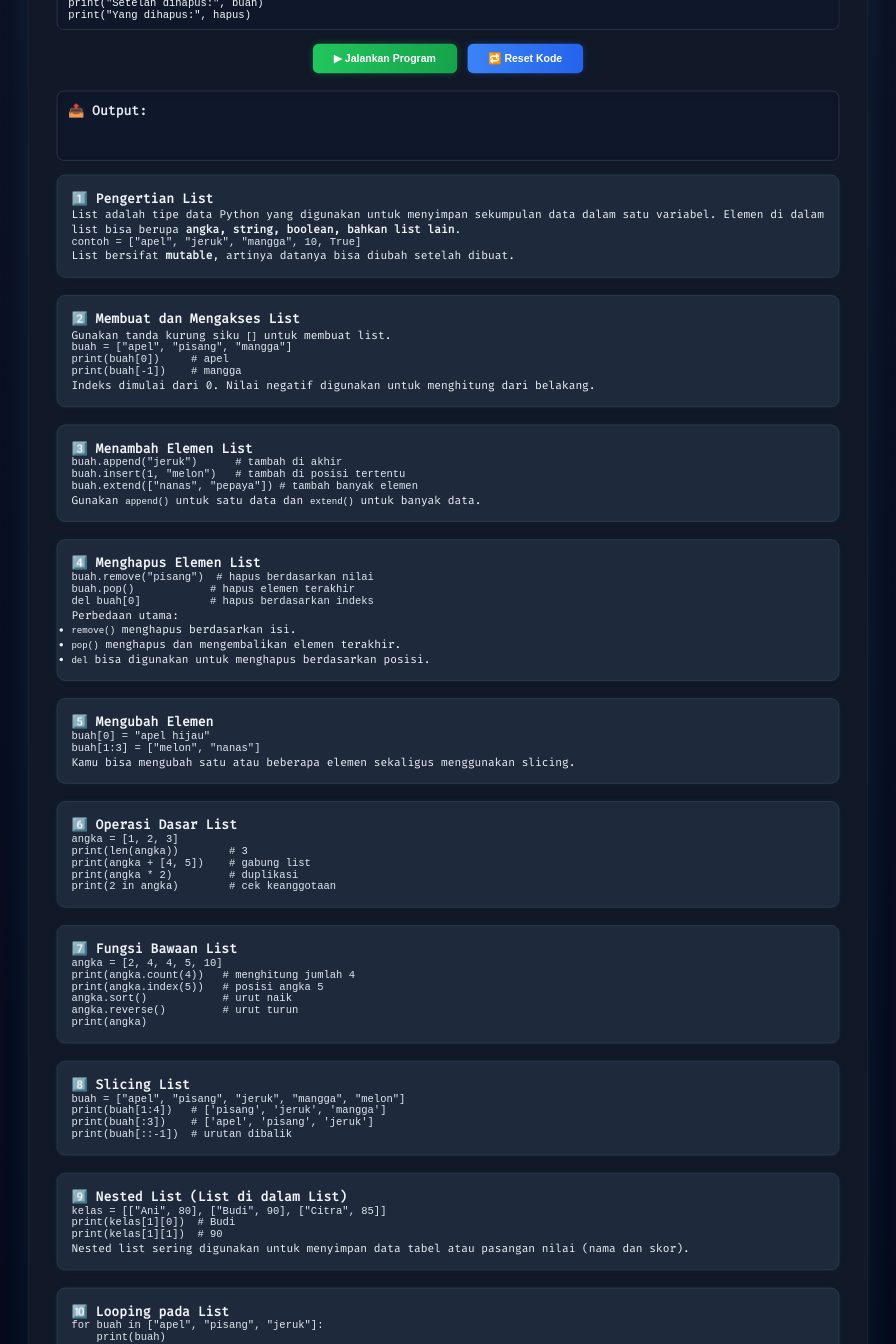
Repository: smkmutipugademak/Array
Page: index.html
An editor plug-in stored every save of this project. The page is shown before and after the next save, followed by the edit.
The browser window is 1280 px wide. The pictures show the part of the page from y = 801 to 2721 px (the page is 3620 px tall before and 4198 px after), at 70% of full size.
An inner scrolling area shows only its first screen.

Above is the page before, as saved 2025-11-11 05:20:18.

### index.html
<!DOCTYPE html>
<html lang="id">

<head>
    <meta charset="UTF-8" />
    <meta name="viewport" content="width=device-width, initial-scale=1.0" />
    <title>🐍 Python Interactive Compiler - Belajar List</title>
    <link rel="stylesheet" href="style.css" />
    <link href="https://fonts.googleapis.com/css2?family=Fira+Code&display=swap" rel="stylesheet">
</head>

<body>
    <div class="container">
        <h1>🐍 Python Interactive Compiler</h1>
        <h2>📚 Modul: List (Array) Lengkap</h2>

        <div class="tabs">
            <button class="tab-button active" data-tab="praktikum">🧩 Praktikum</button>
        </div>

        <!-- ===================== TAB PRAKTIKUM ===================== -->
        <div id="praktikum" class="tab-content active">
            <div class="instructions">
                <h3>📗 Panduan Praktikum</h3>
                <ul>
                    <li>Edit bagian tertentu sesuai instruksi di komentar <code>#</code>.</li>
                    <li>Klik <b>▶ Jalankan</b> untuk menjalankan kode.</li>
                    <li>Klik <b>🔁 Reset</b> untuk mengembalikan kode ke versi awal.</li>
                    <li>Kode otomatis tersimpan, tidak akan hilang saat reload!</li>
                </ul>
            </div>

            <div class="editor-section">
                <label>💻 Kode Python:</label>
                <textarea id="editor" spellcheck="false"></textarea>

                <div class="btn-group">
                    <button id="runBtn">▶ Jalankan Program</button>
                    <button id="resetBtn">🔁 Reset Kode</button>
                </div>
            </div>

            <div class="output-container">
                <h3>📤 Output:</h3>
                <pre id="output"></pre>
            </div>
        </div>

        <!-- ===================== TAB TEORI LENGKAP ===================== -->
        <div id="teori" class="tab-content">
            <div class="theory-section">
                <div class="card">
                    <h3>1️⃣ Pengertian List</h3>
                    <p>List adalah tipe data Python yang digunakan untuk menyimpan sekumpulan data dalam satu variabel.
                        Elemen di dalam list bisa berupa <b>angka, string, boolean, bahkan list lain</b>.</p>
                    <pre><code>contoh = ["apel", "jeruk", "mangga", 10, True]</code></pre>
                    <p>List bersifat <b>mutable</b>, artinya datanya bisa diubah setelah dibuat.</p>
                </div>

                <div class="card">
                    <h3>2️⃣ Membuat dan Mengakses List</h3>
                    <p>Gunakan tanda kurung siku <code>[]</code> untuk membuat list.</p>
                    <pre><code>buah = ["apel", "pisang", "mangga"]
print(buah[0])     # apel
print(buah[-1])    # mangga</code></pre>
                    <p>Indeks dimulai dari 0. Nilai negatif digunakan untuk menghitung dari belakang.</p>
                </div>

                <div class="card">
                    <h3>3️⃣ Menambah Elemen List</h3>
                    <pre><code>buah.append("jeruk")      # tambah di akhir
buah.insert(1, "melon")   # tambah di posisi tertentu
buah.extend(["nanas", "pepaya"]) # tambah banyak elemen</code></pre>
                    <p>Gunakan <code>append()</code> untuk satu data dan <code>extend()</code> untuk banyak data.</p>
                </div>

                <div class="card">
                    <h3>4️⃣ Menghapus Elemen List</h3>
                    <pre><code>buah.remove("pisang")  # hapus berdasarkan nilai
buah.pop()            # hapus elemen terakhir
del buah[0]           # hapus berdasarkan indeks</code></pre>
                    <p>Perbedaan utama:
                    <ul>
                        <li><code>remove()</code> menghapus berdasarkan isi.</li>
                        <li><code>pop()</code> menghapus dan mengembalikan elemen terakhir.</li>
                        <li><code>del</code> bisa digunakan untuk menghapus berdasarkan posisi.</li>
                    </ul>
                    </p>
                </div>

                <div class="card">
                    <h3>5️⃣ Mengubah Elemen</h3>
                    <pre><code>buah[0] = "apel hijau"
buah[1:3] = ["melon", "nanas"]</code></pre>
                    <p>Kamu bisa mengubah satu atau beberapa elemen sekaligus menggunakan slicing.</p>
                </div>

                <div class="card">
                    <h3>6️⃣ Operasi Dasar List</h3>
                    <pre><code>angka = [1, 2, 3]
print(len(angka))        # 3
print(angka + [4, 5])    # gabung list
print(angka * 2)         # duplikasi
print(2 in angka)        # cek keanggotaan</code></pre>
                </div>

                <div class="card">
                    <h3>7️⃣ Fungsi Bawaan List</h3>
                    <pre><code>angka = [2, 4, 4, 5, 10]
print(angka.count(4))   # menghitung jumlah 4
print(angka.index(5))   # posisi angka 5
angka.sort()            # urut naik
angka.reverse()         # urut turun
print(angka)</code></pre>
                </div>

                <div class="card">
                    <h3>8️⃣ Slicing List</h3>
                    <pre><code>buah = ["apel", "pisang", "jeruk", "mangga", "melon"]
print(buah[1:4])   # ['pisang', 'jeruk', 'mangga']
print(buah[:3])    # ['apel', 'pisang', 'jeruk']
print(buah[::-1])  # urutan dibalik</code></pre>
                </div>

                <div class="card">
                    <h3>9️⃣ Nested List (List di dalam List)</h3>
                    <pre><code>kelas = [["Ani", 80], ["Budi", 90], ["Citra", 85]]
print(kelas[1][0])  # Budi
print(kelas[1][1])  # 90</code></pre>
                    <p>Nested list sering digunakan untuk menyimpan data tabel atau pasangan nilai (nama dan skor).</p>
                </div>

                <div class="card">
                    <h3>🔟 Looping pada List</h3>
                    <pre><code>for buah in ["apel", "pisang", "jeruk"]:
    print(buah)</code></pre>
                    <p>Bisa juga menggunakan <code>enumerate()</code> untuk mendapatkan indeks dan nilai:</p>
                    <pre><code>buah = ["apel", "jeruk", "pisang"]
for i, item in enumerate(buah):
    print(i, item)</code></pre>
                </div>

                <div class="card">
                    <h3>1️⃣1️⃣ List Comprehension</h3>
                    <p>Cara singkat membuat list dari iterasi.</p>
                    <pre><code>angka = [x for x in range(5)]
kuadrat = [x**2 for x in range(1,6)]
print(angka)
print(kuadrat)</code></pre>
                </div>

                <div class="card">
                    <h3>1️⃣2️⃣ Fungsi Copy, Clear, dan Lainnya</h3>
                    <pre><code>data = [1, 2, 3]
salinan = data.copy()
salinan.append(4)
print("Asli:", data)
print("Salinan:", salinan)

data.clear()
print("Setelah clear:", data)</code></pre>
                </div>

                <div class="card">
                    <h3>📖 Rangkuman</h3>
                    <ul>
                        <li>List menyimpan banyak data dalam satu variabel.</li>
                        <li>List bersifat <b>mutable</b> (bisa diubah).</li>
                        <li>Dapat ditambah, dihapus, digabung, dan diulang.</li>
                        <li>Mendukung operasi matematika dan logika sederhana.</li>
                        <li>Sangat penting untuk memahami manipulasi data di Python.</li>
                    </ul>
                </div>

                <div class="card" style="text-align:center; color:#22c55e;">
                    <h3>🎉 Selesai! Kamu sudah memahami semua konsep List Python 🎉</h3>
                </div>
            </div>
        </div>
    </div>

    <!-- Skulpt -->
    <script src="https://cdn.jsdelivr.net/npm/skulpt@1.2.0/dist/skulpt.min.js"></script>
    <script src="https://cdn.jsdelivr.net/npm/skulpt@1.2.0/dist/skulpt-stdlib.js"></script>
    <script src="script.js"></script>
</body>

</html>

### style.css
/* =======================================
   🌌 MODERN RESPONSIVE PYTHON COMPILER UI
   By Nanda Edition
======================================= */

/* RESET & BASE */
* {
    box-sizing: border-box;
    margin: 0;
    padding: 0;
}

body {
    background: radial-gradient(circle at top, #0f172a, #020617);
    color: #e2e8f0;
    font-family: "Fira Code", monospace;
    display: flex;
    justify-content: center;
    align-items: flex-start;
    min-height: 100vh;
    padding: 30px 10px;
}

/* CONTAINER */
.container {
    background: #111827;
    border: 1px solid #1e293b;
    border-radius: 20px;
    width: 100%;
    max-width: 1200px;
    padding: 30px 40px;
    box-shadow: 0 0 40px rgba(56, 189, 248, 0.1);
    animation: fadeIn 0.6s ease;
}

/* TITLE */
h1 {
    text-align: center;
    color: #38bdf8;
    font-size: 1.9rem;
    font-weight: 600;
    margin-bottom: 10px;
}

h2 {
    text-align: center;
    color: #94a3b8;
    font-size: 1rem;
    margin-bottom: 20px;
}

/* TABS */
.tabs {
    display: flex;
    justify-content: center;
    flex-wrap: wrap;
    gap: 10px;
    margin-bottom: 25px;
}

.tab-button {
    padding: 10px 22px;
    background: #1e293b;
    border: 1px solid #334155;
    border-radius: 10px;
    color: #cbd5e1;
    cursor: pointer;
    transition: all 0.3s ease;
    font-weight: 500;
}

.tab-button:hover {
    background: #2563eb;
    color: #fff;
    transform: translateY(-2px);
}

.tab-button.active {
    background: linear-gradient(90deg, #22c55e, #16a34a);
    color: #fff;
    box-shadow: 0 0 10px rgba(34, 197, 94, 0.4);
}

/* THEORY SECTION */
.theory-section {
    display: flex;
    flex-direction: column;
    gap: 25px;
    margin-top: 20px;
}

.card {
    background: #1e293b;
    border: 1px solid #334155;
    border-radius: 12px;
    padding: 20px;
    color: #f1f5f9;
    transition: all 0.3s ease;
    box-shadow: 0 0 10px rgba(0, 255, 150, 0.05);
}

.card:hover {
    transform: translateY(-5px);
    border-color: #22c55e;
    box-shadow: 0 0 15px rgba(34, 197, 94, 0.15);
}

/* EDITOR SECTION */
.editor-section {
    display: flex;
    flex-direction: column;
    gap: 20px;
}

textarea {
    width: 100%;
    height: 480px;
    background: #0f172a;
    color: #f8fafc;
    border: 1px solid #334155;
    border-radius: 10px;
    padding: 15px;
    font-size: 15px;
    resize: none;
    outline: none;
    transition: all 0.3s ease;
}

textarea:focus {
    border-color: #38bdf8;
    box-shadow: 0 0 10px rgba(56, 189, 248, 0.2);
}

/* BUTTON GROUP */
.btn-group {
    display: flex;
    justify-content: center;
    flex-wrap: wrap;
    gap: 15px;
}

#runBtn,
#resetBtn {
    padding: 12px 30px;
    border: none;
    border-radius: 8px;
    color: #fff;
    cursor: pointer;
    font-size: 15px;
    font-weight: 600;
    transition: all 0.3s ease;
}

#runBtn {
    background: linear-gradient(90deg, #22c55e, #16a34a);
    box-shadow: 0 0 10px rgba(34, 197, 94, 0.3);
}

#runBtn:hover {
    background: linear-gradient(90deg, #16a34a, #15803d);
    transform: translateY(-2px);
}

#resetBtn {
    background: linear-gradient(90deg, #3b82f6, #2563eb);
    box-shadow: 0 0 10px rgba(37, 99, 235, 0.3);
}

#resetBtn:hover {
    background: linear-gradient(90deg, #2563eb, #1d4ed8);
    transform: translateY(-2px);
}

/* OUTPUT CONTAINER */
.output-container {
    background: #0f172a;
    border: 1px solid #334155;
    border-radius: 10px;
    padding: 15px;
    margin-top: 25px;
    overflow-x: auto;
    min-height: 100px;
    box-shadow: inset 0 0 10px rgba(0, 0, 0, 0.2);
}

pre {
    color: #e2e8f0;
    font-size: 15px;
    white-space: pre-wrap;
}

/* ANIMASI */
@keyframes fadeIn {
    from {
        opacity: 0;
        transform: translateY(20px);
    }

    to {
        opacity: 1;
        transform: translateY(0);
    }
}

/* RESPONSIVE ADJUSTMENTS */

/* 💻 Laptop kecil */
@media (max-width: 1024px) {
    .container {
        padding: 20px;
    }

    textarea {
        height: 400px;
        font-size: 14px;
    }
}

/* 📱 Tablet */
@media (max-width: 768px) {
    h1 {
        font-size: 1.6rem;
    }

    .theory-section {
        grid-template-columns: 1fr;
    }

    textarea {
        height: 350px;
    }
}

/* 📱 Smartphone besar */
@media (max-width: 480px) {
    .container {
        padding: 15px;
        border-radius: 14px;
    }

    .tab-button {
        padding: 8px 16px;
        font-size: 13px;
    }

    #runBtn,
    #resetBtn {
        padding: 10px 20px;
        font-size: 13px;
    }

    textarea {
        height: 300px;
        font-size: 13px;
    }
}

### script.js
// ============================================================
// 🧠 PYTHON COMPILER WITH AUTOSAVE
// ============================================================
const defaultCode = `# ============================================================
# 📘 PRAKTIKUM PYTHON LIST LENGKAP
# ============================================================

buah = ["apel", "jeruk", "pisang", "mangga"]
print("List buah awal:", buah)

# 🔹 Akses elemen
print("Buah pertama:", buah[0])
print("Buah terakhir:", buah[-1])

# 🔹 Ubah elemen
buah[0] = "apel hijau"
print("Setelah diubah:", buah)

# 🔹 Tambah data
buah.append("melon")
buah.insert(2, "anggur")
buah.extend(["nanas", "pepaya"])
print("Setelah ditambah:", buah)

# 🔹 Hapus data
buah.remove("jeruk")
hapus = buah.pop()
print("Setelah dihapus:", buah)
print("Yang dihapus:", hapus)

# 🔹 Fungsi dasar list
angka = [2, 4, 5, 5, 10, 4]
print("List angka:", angka)
print("Jumlah elemen:", len(angka))
print("Banyak angka 5:", angka.count(5))
print("Indeks angka 4:", angka.index(4))

# 🔹 Operasi list
print("Penjumlahan list:", angka + [20, 30])
print("Duplikasi list:", angka * 2)
print("Apakah 4 ada di list?", 4 in angka)

# 🔹 Slicing
print("Elemen ke-2 s.d 4:", angka[1:4])
print("Membalik urutan:", angka[::-1])

# 🔹 Nested list
kelas = [["Ani", 80], ["Budi", 90], ["Citra", 85]]
print("Nilai Budi:", kelas[1][1])

# 🔹 Looping
print("Daftar nilai siswa:")
for nama, nilai in kelas:
    print("-", nama, "=", nilai)

# 🔹 List comprehension
kuadrat = [x**2 for x in range(1, 6)]
print("Kuadrat 1–5:", kuadrat)

# 🔹 Sort & Reverse
angka2 = [9, 3, 6, 1, 7]
angka2.sort()
print("Urut naik:", angka2)
angka2.reverse()
print("Urut turun:", angka2)

# 🔹 Copy dan Clear
salinan = angka2.copy()
salinan.append(100)
print("Asli:", angka2)
print("Salinan:", salinan)
salinan.clear()
print("Setelah clear:", salinan)

print("\\n✅ Semua fungsi List Python telah dipelajari!")`;

// ===========================
//  Inisialisasi Editor
// ===========================
const editor = document.getElementById("editor");
const output = document.getElementById("output");
const savedCode = localStorage.getItem("pythonCode");

editor.value = savedCode || defaultCode;

// ===========================
//  Jalankan Program
// ===========================
function outf(text) {
    output.innerHTML += text + "\n";
}

function builtinRead(x) {
    if (Sk.builtinFiles === undefined || Sk.builtinFiles["files"][x] === undefined)
        throw "File not found: '" + x + "'";
    return Sk.builtinFiles["files"][x];
}

document.getElementById("runBtn").addEventListener("click", () => {
    output.innerHTML = "";
    Sk.configure({ output: outf, read: builtinRead });
    Sk.misceval.asyncToPromise(() => Sk.importMainWithBody("<stdin>", false, editor.value, true))
        .then(() => outf("\n✅ Program selesai tanpa error."))
        .catch(err => outf("\n❌ Error: " + err.toString()));
});

// ===========================
//  Reset ke Default
// ===========================
document.getElementById("resetBtn").addEventListener("click", () => {
    if (confirm("Yakin ingin mengembalikan kode ke versi awal?")) {
        editor.value = defaultCode;
        output.innerHTML = "";
        localStorage.removeItem("pythonCode");
    }
});

// ===========================
//  Autosave Tiap 2 Detik
// ===========================
setInterval(() => {
    localStorage.setItem("pythonCode", editor.value);
}, 2000);

// ===========================
//  Tab Navigasi
// ===========================
document.querySelectorAll(".tab-button").forEach(btn => {
    btn.addEventListener("click", () => {
        document.querySelectorAll(".tab-button").forEach(b => b.classList.remove("active"));
        document.querySelectorAll(".tab-content").forEach(c => c.classList.remove("active"));
        btn.classList.add("active");
        document.getElementById(btn.dataset.tab).classList.add("active");
    });
});

After the next save:
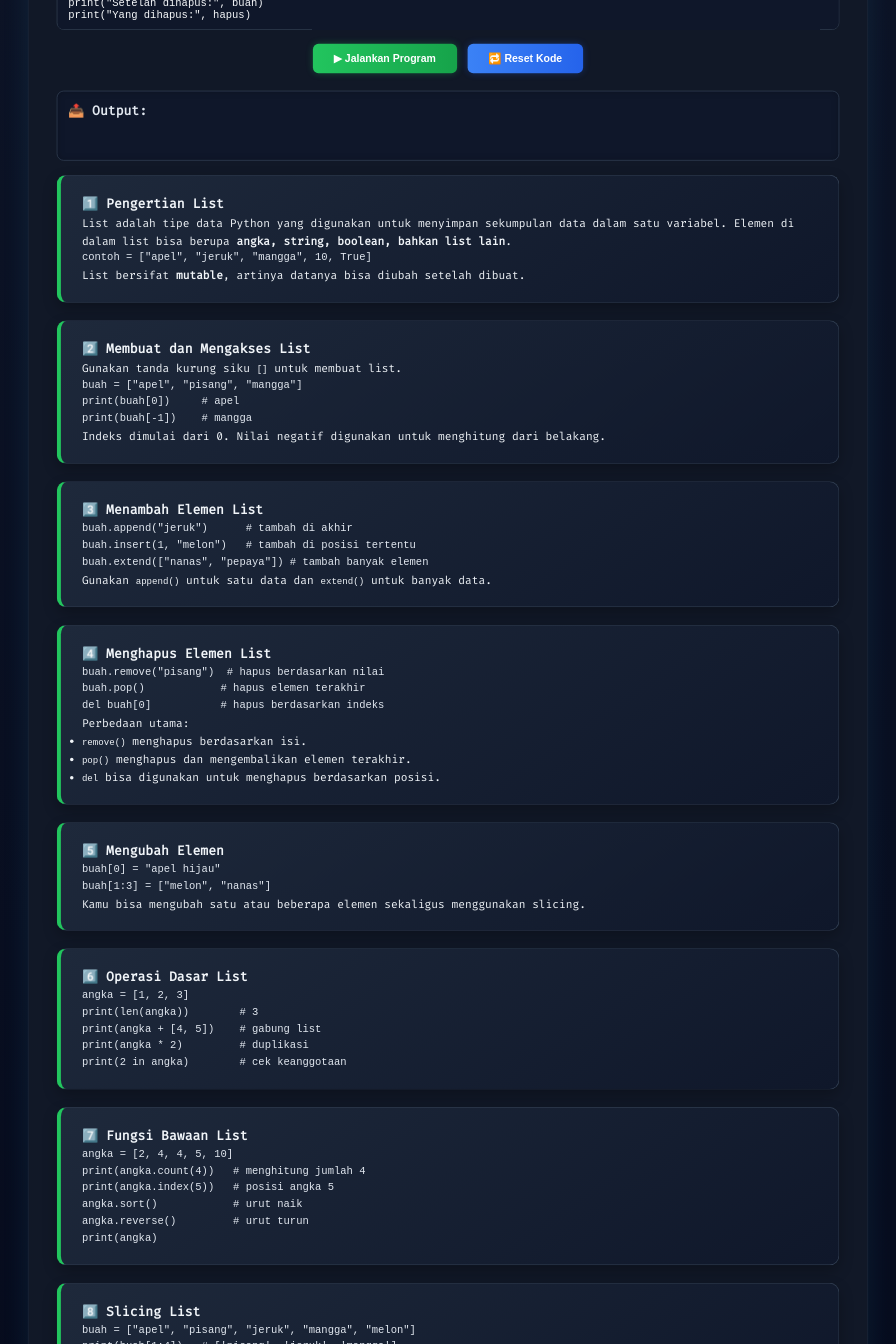
Saved 10 s later.
--- a/style.css
+++ b/style.css
@@ -90,13 +90,16 @@ h2 {
 }
 
 .card {
-    background: #1e293b;
-    border: 1px solid #334155;
-    border-radius: 12px;
-    padding: 20px;
+    background: linear-gradient(145deg, #1e293b 0%, #0f172a 100%);
+    border: 1px solid #334155;
+    border-left: 6px solid #22c55e;
+    border-radius: 14px;
+    padding: 25px 30px;
     color: #f1f5f9;
-    transition: all 0.3s ease;
-    box-shadow: 0 0 10px rgba(0, 255, 150, 0.05);
+    line-height: 1.6;
+    position: relative;
+    transition: all 0.3s ease;
+    box-shadow: 0 8px 20px rgba(0, 0, 0, 0.25);
 }
 
 .card:hover {
